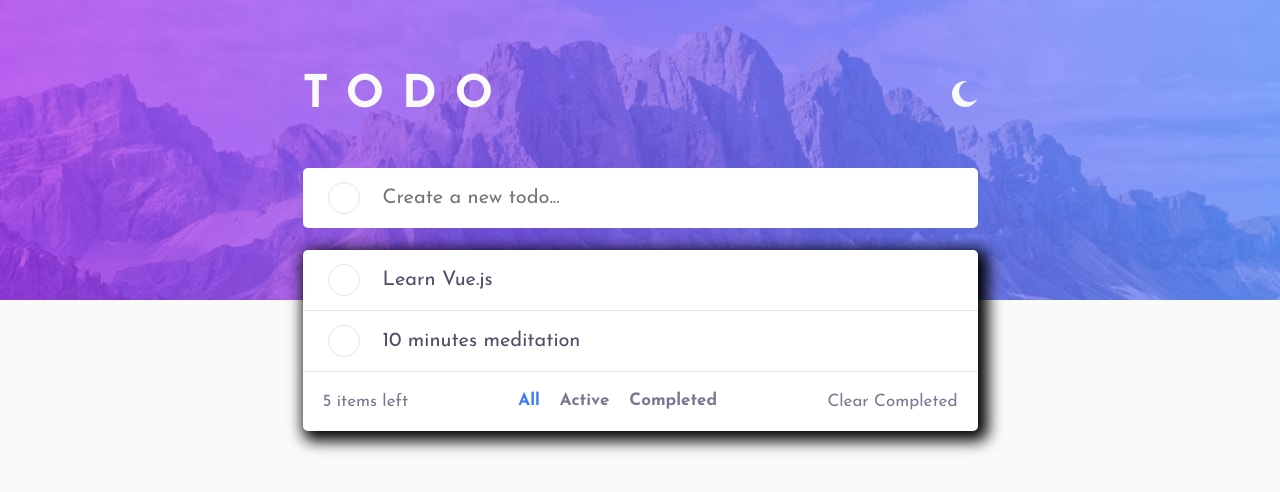
Repository: tomas938/todo-app
Page: /
These files come from the project's save history. The page is drawn as it stood at one moment and after the next save; the edit follows.
The browser window is 1280 px wide. The pictures show the whole page.
The project was rebuilt for these pictures with package versions that can differ from the ones it lists, and the page was loaded fresh each time.

Above is the page before, as saved 2021-08-18 13:34:30.

### src/main.js
import { createApp } from "vue";
import App from "./App.vue";
import router from "./router";

createApp(App)
	.use(router)
	.mount("#app");

### src/App.vue
<template>
	<router-view />
</template>

<style lang="scss">
@import "/src/scss/_variables";
:root {
	.dark {
		--bg-image: url(./assets/bg-desktop-dark.jpg);
		--items-bg-color: hsl(235, 24%, 19%);
		--body-bg: hsl(235, 21%, 11%);
		--todo-text: hsl(236, 33%, 92%);
		--todo-border: hsl(237, 14%, 26%);
	}
	.light {
		--bg-image: url(./assets/bg-desktop-light.jpg);
		--items-bg-color: hsl(0, 0%, 100%);
		--body-bg: hsl(0, 0%, 98%);
		--todo-text: hsl(233, 14%, 35%);
		--todo-border: hsl(236, 33%, 92%);
	}
}
* {
	margin: 0;
	padding: 0;
	box-sizing: border-box;
}
html {
	font-size: 62.5%;
}
body {
	font-size: 1.8rem;
	font-family: $font-primary;
	background-color: var(--body-bg);
}

li {
	list-style: none;
}
</style>

### src/router/index.js
import { createRouter, createWebHashHistory } from "vue-router";
import Home from "../views/Home.vue";

const routes = [
	{
		path: "/",
		name: "Home",
		component: Home,
	},
];

const router = createRouter({
	history: createWebHashHistory(),
	routes,
});

export default router;

### src/scss/_variables.scss
// LINK COLLORS-PRIMARY //

$primary: hsl(220, 98%, 61%);
$primary-bg: linear-gradient hsl(192, 100%, 67%) to hsl(280, 87%, 65%);

// LINK LIGHT THEME //

$light-gray: hsl(0, 0%, 98%);
$very-light-grayish-blue: hsl(236, 33%, 92%);
$light-grayish-blue: hsl(233, 11%, 84%);
$dark-grayish-blue: hsl(236, 9%, 61%);
$very-dark-grayish-blue: hsl(235, 19%, 35%);

// LINK DARK THEME //

$very-dark-blue: hsl(235, 21%, 11%);
$dark-desaturated-blue: hsl(235, 24%, 19%);
$light-grayish-blue--dark: hsl(234, 39%, 85%);
$light-grayish-blue--dark-hover: hsl(236, 33%, 92%);
$dark-grayish-blue--dark: hsl(234, 11%, 52%);
$very-dark-grayish-blue--dark: hsl(233, 14%, 35%);
$very-dark-grayish-blue--dark-2: hsl(237, 14%, 26%);

// LINK FONT //

@import url("https://fonts.googleapis.com/css2?family=Josefin+Sans:wght@400;700&display=swap");
$font-primary: "Josefin Sans", sans-serif;
$light: 400;
$bold: 700;

### src/views/Home.vue
<template>
	<Header />
	<Todos />
</template>

<script>
import Header from "../components/Header";
import Todos from "../components/Todos.vue";
export default {
	components: {
		Header,
		Todos,
	},
};
</script>
<style lang="scss"></style>

### src/components/Header.vue
<template>
	<header>
		<nav class="nav container">
			<div class="nav__title">
				<h1>todo</h1>
			</div>
			<svg
				v-if="ligth"
				@click="changeTheme"
				class="nav__theme"
				xmlns="http://www.w3.org/2000/svg"
				width="26"
				height="26"
			>
				<path
					fill="#fafafa"
					fill-rule="evenodd"
					d="M13 0c.81 0 1.603.074 2.373.216C10.593 1.199 7 5.43 7 10.5 7 16.299 11.701 21 17.5 21c2.996 0 5.7-1.255 7.613-3.268C23.22 22.572 18.51 26 13 26 5.82 26 0 20.18 0 13S5.82 0 13 0z"
				/>
			</svg>
			<svg
				v-else
				@click="changeTheme"
				xmlns="http://www.w3.org/2000/svg"
				width="26"
				height="26"
			>
				<path
					fill="#fafafa"
					fill-rule="evenodd"
					d="M13 21a1 1 0 011 1v3a1 1 0 11-2 0v-3a1 1 0 011-1zm-5.657-2.343a1 1 0 010 1.414l-2.121 2.121a1 1 0 01-1.414-1.414l2.12-2.121a1 1 0 011.415 0zm12.728 0l2.121 2.121a1 1 0 01-1.414 1.414l-2.121-2.12a1 1 0 011.414-1.415zM13 8a5 5 0 110 10 5 5 0 010-10zm12 4a1 1 0 110 2h-3a1 1 0 110-2h3zM4 12a1 1 0 110 2H1a1 1 0 110-2h3zm18.192-8.192a1 1 0 010 1.414l-2.12 2.121a1 1 0 01-1.415-1.414l2.121-2.121a1 1 0 011.414 0zm-16.97 0l2.121 2.12A1 1 0 015.93 7.344L3.808 5.222a1 1 0 011.414-1.414zM13 0a1 1 0 011 1v3a1 1 0 11-2 0V1a1 1 0 011-1z"
				/>
			</svg>
		</nav>
		<div class="new-todo">
			<input type="text" placeholder="Create a new todo..." />
		</div>
	</header>
</template>

<script>
export default {
	data() {
		return {
			ligth: true,
			body: document.body,
		};
	},
	methods: {
		changeTheme() {
			this.ligth = !this.ligth;
			if (!this.ligth) {
				this.body.classList.remove("light");
				this.body.classList.add("dark");
			} else {
				this.body.classList.remove("dark");
				this.body.classList.add("light");
			}
		},
	},
	mounted() {
		this.body.classList.add("light");
	},
};
</script>

<style lang="scss" scoped>
@import "/src/scss/_variables";

header {
	height: 30rem;
	display: flex;
	flex-direction: column;
	align-items: center;
	justify-content: center;
	gap: 5rem;
	padding: 3rem;
	background-image: var(--bg-image);
	background-repeat: no-repeat;
	background-size: cover;
}
.nav {
	max-width: 67.5rem;
	width: 100%;
	display: flex;
	justify-content: space-between;
	align-items: baseline;
	&__title h1 {
		font-size: 4.5rem;
		letter-spacing: 1.8rem;
		text-transform: uppercase;
	}

	svg {
		cursor: pointer;
	}
}
.new-todo {
	max-width: 67.5rem;
	width: 100%;
	position: relative;
	&::before {
		content: "";
		position: absolute;
		top: 50%;
		transform: translateY(-50%);
		left: 2.5rem;
		width: 3rem;
		height: 3rem;
		border-radius: 50%;
		border: 1px solid var(--todo-border);
	}
}
input {
	background-color: var(--items-bg-color);
	width: 100%;
	outline: none;
	border: none;
	padding: 2rem;
	padding-left: 8rem;
	border-radius: 0.5rem;
	font-size: 2rem;
	font-family: $font-primary;
	font-weight: $light;
}
h1 {
	color: $light-gray;
}
</style>

### src/components/Todos.vue
<template>
	<main>
		<ul class="todos">
			<li class="todo-item">
				<span>Learn Vue.js</span>
			</li>
			<li class="todo-item">
				<span>10 minutes meditation</span>
			</li>
			<div class="filters">
				<div class="items-left">
					<span>5 items left</span>
				</div>
				<div class="filter">
					<span>All</span>
					<span>Active</span>
					<span>Completed</span>
				</div>
				<div class="clear">
					<span>Clear Completed</span>
				</div>
			</div>
		</ul>
	</main>
</template>

<script>
export default {};
</script>

<style lang="scss" scoped>
@import "/src/scss/_variables";

main {
	padding: 0 3rem;
	display: flex;
	justify-content: center;
	transform: translateY(-5rem);
}
.todos {
	max-width: 67.5rem;
	width: 100%;
	border-radius: 0.5rem;
	background-color: var(--items-bg-color);
	box-shadow: 5px 5px 15px 5px #000000;
}
.todo-item {
	position: relative;
	width: 100%;
	padding: 2rem;
	padding-left: 8rem;
	font-size: 2rem;
	font-family: $font-primary;
	font-weight: $light;
	color: var(--todo-text);
	border-bottom: 1px solid var(--todo-border);

	// FIXME maybe group styling //
	&::before {
		cursor: pointer;
		content: "";
		position: absolute;
		top: 50%;
		transform: translateY(-50%);
		left: 2.5rem;
		width: 3rem;
		height: 3rem;
		border-radius: 50%;
		border: 1px solid var(--todo-border);
	}
	&::after {
		opacity: 0;
		cursor: pointer;
		content: "";
		position: absolute;
		right: 2.5rem;
		width: 2.6rem;
		height: 2.6rem;
		background-image: url(../assets/icon-cross.svg);
		background-repeat: no-repeat;
	}
	&:hover:after {
		transition: opacity 0.5s ease-in-out;
		opacity: 1;
	}
}
.filters {
	display: flex;
	justify-content: space-between;
	padding: 2rem;
	.filter {
		display: flex;
		gap: 2rem;
		span {
			font-weight: $bold;
			&:first-child {
				color: $primary;
			}
		}
	}
	.items-left {
		span {
			cursor: auto;
		}
	}
	span {
		color: $dark-grayish-blue--dark;
		cursor: pointer;
		font-size: 1.7rem;
	}
}
</style>

Loaded but not shown: public/index.html (common file)

After the next save:
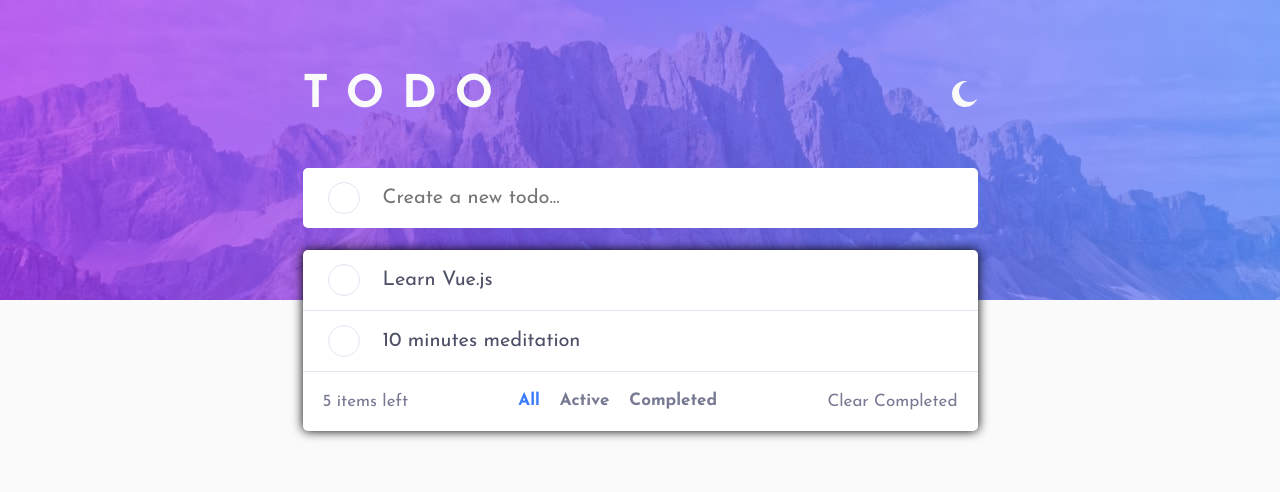
Saved 43 s later.
--- a/src/components/Todos.vue
+++ b/src/components/Todos.vue
@@ -42,7 +42,7 @@ main {
 	width: 100%;
 	border-radius: 0.5rem;
 	background-color: var(--items-bg-color);
-	box-shadow: 5px 5px 15px 5px #000000;
+	box-shadow: 0px 0px 11px 0px #000000;
 }
 .todo-item {
 	position: relative;
